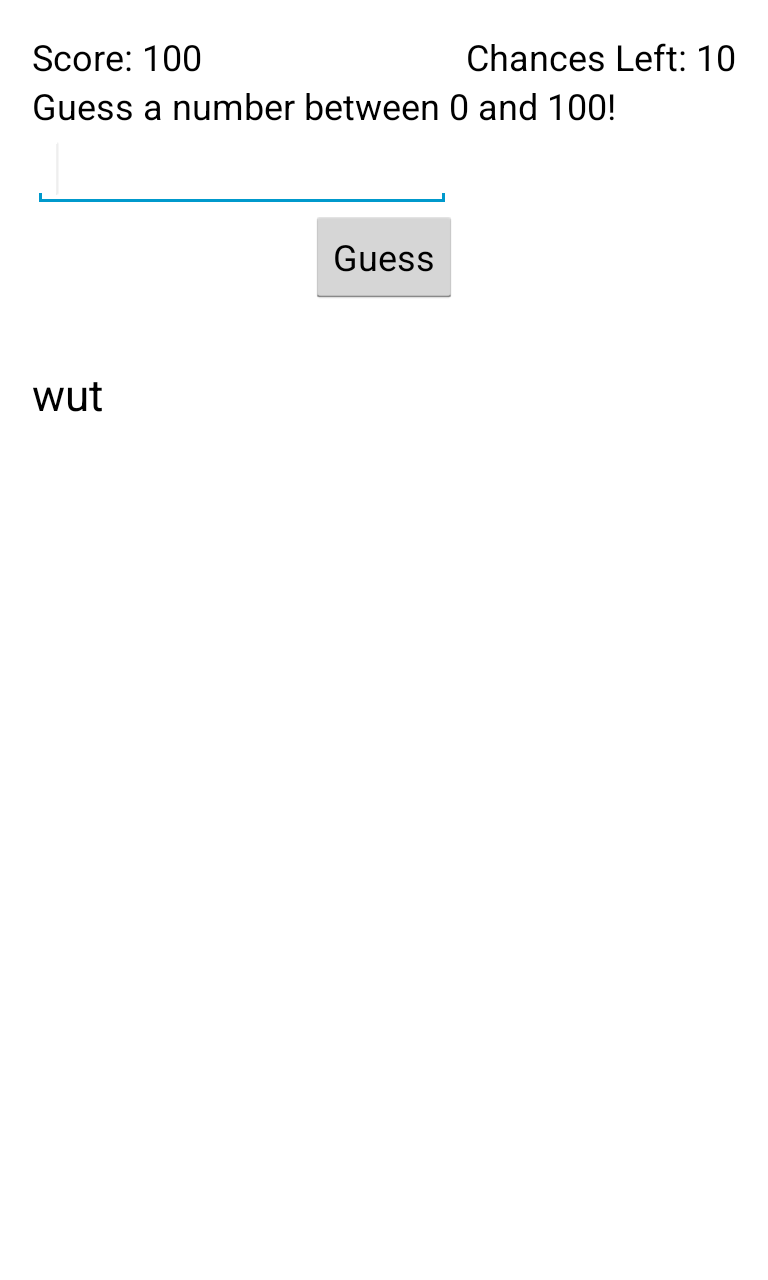
Repository: lethe13/AndroidProgramming
Layout: COMP304-Group1-MicroProject1/res/layout/activity_guessing_game.xml
An editor plug-in stored every save of this project. The layout is shown before and after the next save, followed by the edit.
It is drawn on a 768 x 1280 px phone screen (xhdpi) without system bars, with theme AppTheme; the app's code is not run.

Above is the layout before, as saved 2015-10-18 20:13:36.

After the next save:
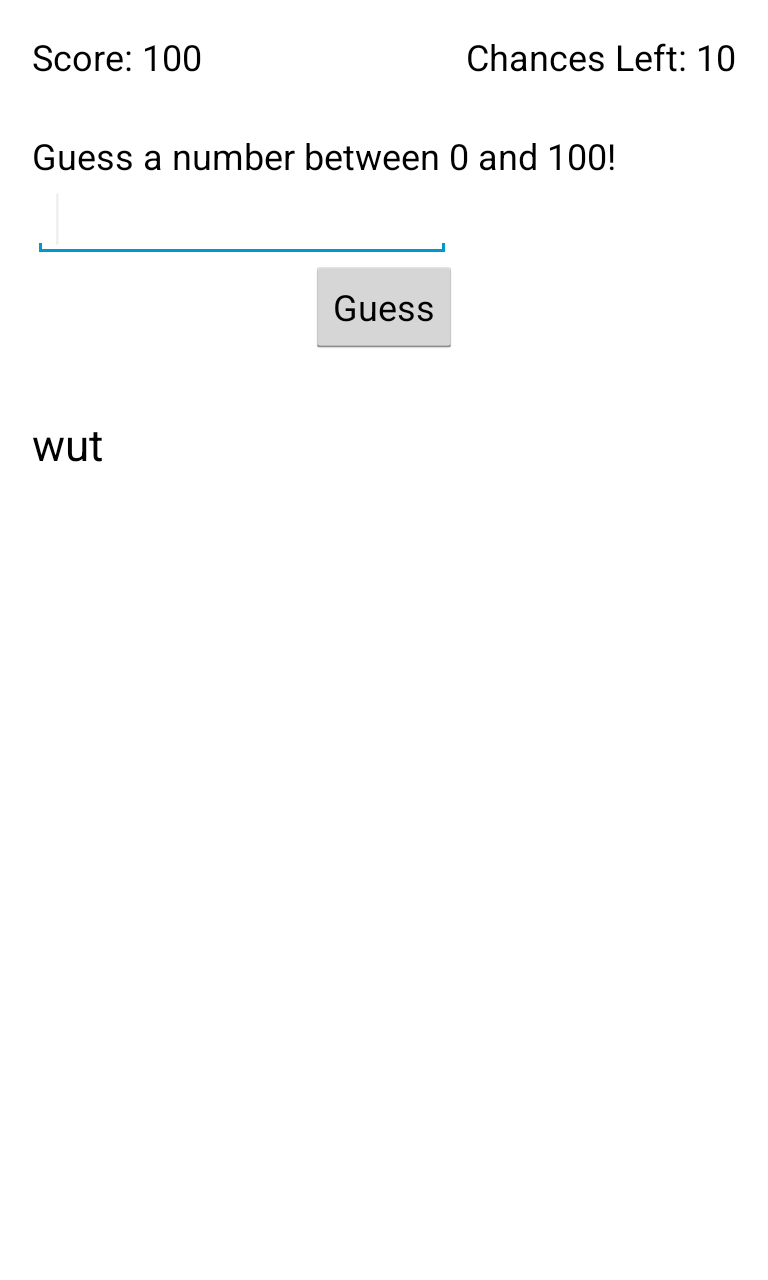
Saved 41 s later.
--- a/COMP304-Group1-MicroProject1/res/layout/activity_guessing_game.xml
+++ b/COMP304-Group1-MicroProject1/res/layout/activity_guessing_game.xml
@@ -27,6 +27,7 @@
         android:id="@+id/lblInput"
         android:layout_width="wrap_content"
         android:layout_height="wrap_content"
+        android:layout_marginTop="25dp"
         android:layout_below="@+id/lblScore"
         android:text="Guess a number between 0 and 100!"
         android:textAppearance="?android:attr/textAppearanceMedium" />
